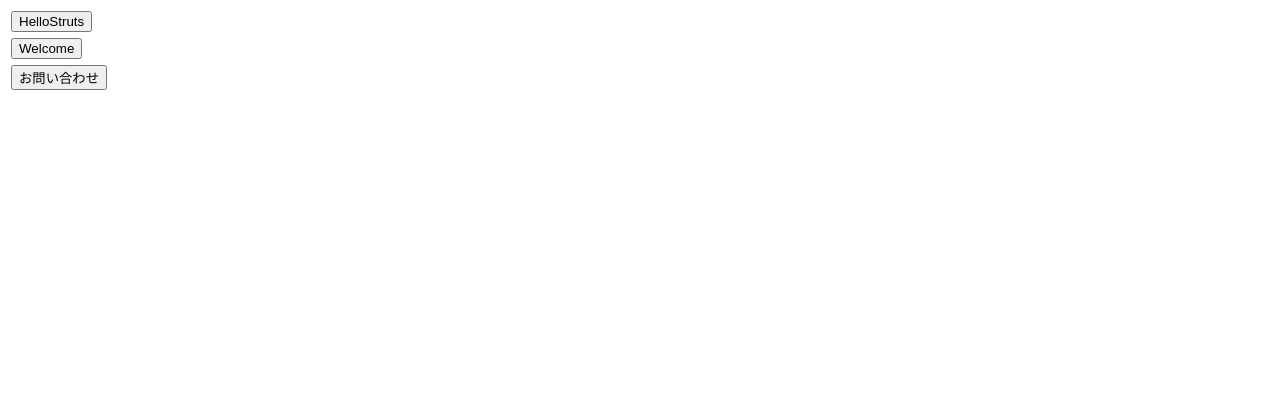
Repository: 8luemitsuho/test
Page: http://localhost/WebProj5/
An editor plug-in stored every save of this project. The page is shown before and after the next save, followed by the edit.
The browser window is 1280 px wide. The pictures show the whole page.
The page is served by Tomcat 9.

Above is the page before, as saved 2019-08-08 09:19:14.

After the next save:
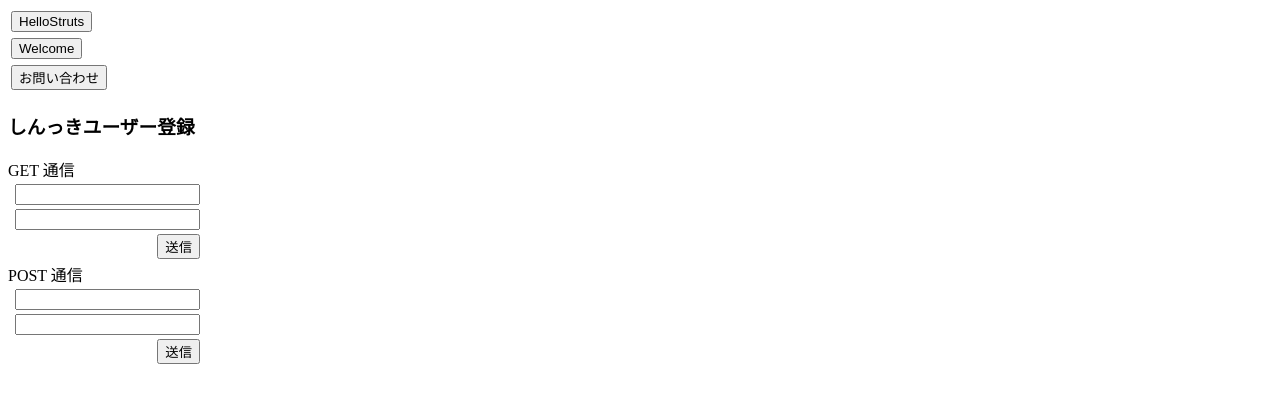
Saved 3 min 19 s later.
--- a/WebProj5/WebContent/index.jsp
+++ b/WebProj5/WebContent/index.jsp
@@ -18,5 +18,19 @@
 	<s:form action="InquiryAction">
 		<s:submit value="お問い合わせ"/>
 	</s:form>
+
+	<h3>しんっきユーザー登録</h3>
+	GET 通信
+	<s:form method="get" action="TestAction">
+	<s:textfield name="username"/>
+	<s:password name="password"/>
+	<s:submit value="送信"/>
+	</s:form>
+	POST 通信
+	<s:form method="post" action="TestAction">
+		<s:textfield name="username"/>
+		<s:password name="password"/>
+		<s:submit value="送信"/>
+	</s:form>
 </body>
 </html>
